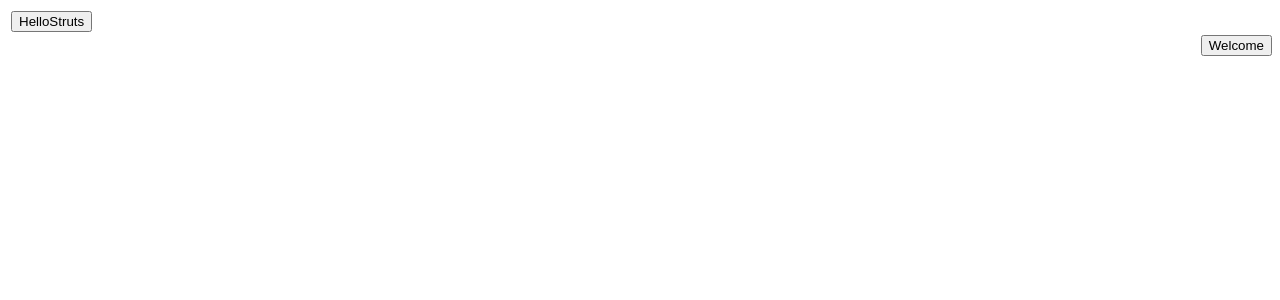
Repository: b1116248/test
Page: http://localhost/webproj2/
An editor plug-in stored every save of this project. The page is shown before and after the next save, followed by the edit.
The browser window is 1280 px wide. The pictures show the whole page.
The page is served by Tomcat 9.

Above is the page before, as saved 2018-07-09 08:24:28.

After the next save:
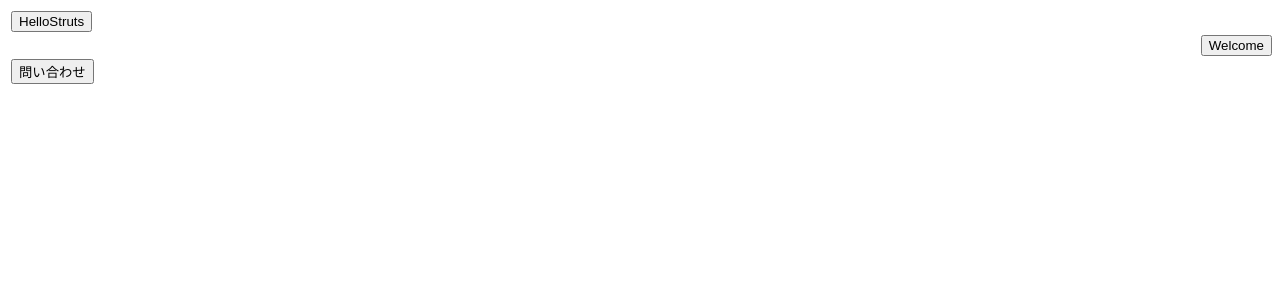
Saved 5 min 50 s later.
--- a/webproj2/WebContent/index.jsp
+++ b/webproj2/WebContent/index.jsp
@@ -14,5 +14,10 @@
 	<form action="WelcomeAction">
 		<s:submit value="Welcome"/>
 	</form>
+
+	<s:form action="InquiryAction">
+		<s:submit value="問い合わせ"/>
+	</s:form>
+
 </body>
 </html>
